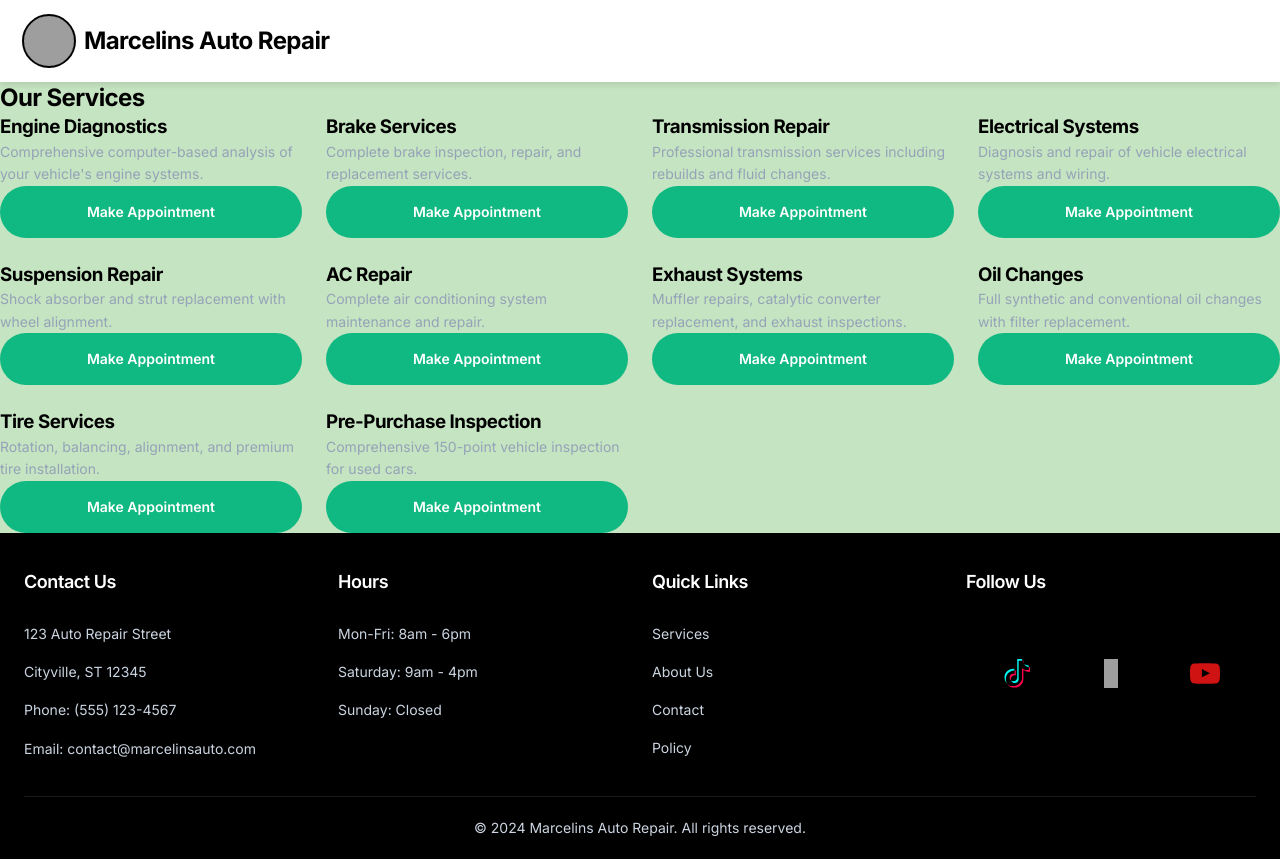
Repository: ilovegames507/twebsite-2
Page: frontend/public/service.html
An editor plug-in stored every save of this project. The page is shown before and after the next save, followed by the edit.
The browser window is 1280 px wide. The pictures show the whole page.
Pictures or frames that could not be fetched are drawn as grey boxes.

Above is the page before, as saved 2025-03-18 23:36:45.

### frontend/public/service.html
<!DOCTYPE html>
<html lang="en">
<head>
  <meta charset="UTF-8" />
  <meta name="viewport" content="width=device-width, initial-scale=1.0" />
  <link rel="preconnect" href="https://fonts.googleapis.com" />
  <link rel="preconnect" href="https://fonts.gstatic.com" crossorigin />
  <link
    href="https://fonts.googleapis.com/css2?family=Inter:ital,opsz,wght@0,14..32,100..900;1,14..32,100..900&family=Source+Code+Pro:ital,wght@0,200..900;1,200..900&display=swap"
    rel="stylesheet" />
  <link rel="stylesheet" href="styles/modern-normalize.css" />
  <link rel="stylesheet" href="styles/global.css" />
  <link rel="stylesheet" href="styles/components/header.css" />
  <link rel="stylesheet" href="styles/components/service.css" />
  <link rel="stylesheet" href="styles/components/footer.css" />
  <link rel="stylesheet" href="styles/utils.css" />
  <script type="module" src="src/main.js"></script>
  <link rel="icon" type="image/x-icon" href="/src/Images/favicon.ico">
  <title>Marcelins Auto Repair</title>
</head>
<body>
  <header class="header"></header>
  <section class="pricing">
    <div class="pricing__container">
      <h2 class="pricing__title">Our Services</h2>
      <div class="services__grid">
        <!-- Service Card 1 -->
        <div class="pricing__card">
          <h3 class="pricing__package">Engine Diagnostics</h3>
          <p class="service__description">Comprehensive computer-based analysis of your vehicle's engine systems.</p>
          <button class="service__cta">Make Appointment</button>
        </div>

        <!-- Service Card 2 -->
        <div class="pricing__card">
          <h3 class="pricing__package">Brake Services</h3>
          <p class="service__description">Complete brake inspection, repair, and replacement services.</p>
          <button class="service__cta">Make Appointment</button>
        </div>

        <!-- Service Card 3 -->
        <div class="pricing__card">
          <h3 class="pricing__package">Transmission Repair</h3>
          <p class="service__description">Professional transmission services including rebuilds and fluid changes.</p>
          <button class="service__cta">Make Appointment</button>
        </div>

        <!-- Service Card 4 -->
        <div class="pricing__card">
          <h3 class="pricing__package">Electrical Systems</h3>
          <p class="service__description">Diagnosis and repair of vehicle electrical systems and wiring.</p>
          <button class="service__cta">Make Appointment</button>
        </div>

        <!-- Service Card 5 -->
        <div class="pricing__card">
          <h3 class="pricing__package">Suspension Repair</h3>
          <p class="service__description">Shock absorber and strut replacement with wheel alignment.</p>
          <button class="service__cta">Make Appointment</button>
        </div>

        <!-- Service Card 6 -->
        <div class="pricing__card">
          <h3 class="pricing__package">AC Repair</h3>
          <p class="service__description">Complete air conditioning system maintenance and repair.</p>
          <button class="service__cta">Make Appointment</button>
        </div>

        <!-- Service Card 7 -->
        <div class="pricing__card">
          <h3 class="pricing__package">Exhaust Systems</h3>
          <p class="service__description">Muffler repairs, catalytic converter replacement, and exhaust inspections.</p>
          <button class="service__cta">Make Appointment</button>
        </div>

        <!-- Service Card 8 -->
        <div class="pricing__card">
          <h3 class="pricing__package">Oil Changes</h3>
          <p class="service__description">Full synthetic and conventional oil changes with filter replacement.</p>
          <button class="service__cta">Make Appointment</button>
        </div>

        <!-- Service Card 9 -->
        <div class="pricing__card">
          <h3 class="pricing__package">Tire Services</h3>
          <p class="service__description">Rotation, balancing, alignment, and premium tire installation.</p>
          <button class="service__cta">Make Appointment</button>
        </div>

        <!-- Service Card 10 -->
        <div class="pricing__card">
          <h3 class="pricing__package">Pre-Purchase Inspection</h3>
          <p class="service__description">Comprehensive 150-point vehicle inspection for used cars.</p>
          <button class="service__cta">Make Appointment</button>
        </div>
      </div>
    </div>
  </section>
  <footer class="footer"></footer>
</body>
</html>

### frontend/public/styles/modern-normalize.css
/*! modern-normalize v3.0.1 | MIT License | https://github.com/sindresorhus/modern-normalize */

/*
Document
========
*/

/**
Use a better box model (opinionated).
*/

*,
::before,
::after {
  box-sizing: border-box;
}

html {
  /* Improve consistency of default fonts in all browsers. (https://github.com/sindresorhus/modern-normalize/issues/3) */
  font-family: system-ui, "Segoe UI", Roboto, Helvetica, Arial, sans-serif,
    "Apple Color Emoji", "Segoe UI Emoji";
  line-height: 1.15; /* 1. Correct the line height in all browsers. */
  -webkit-text-size-adjust: 100%; /* 2. Prevent adjustments of font size after orientation changes in iOS. */
  tab-size: 4; /* 3. Use a more readable tab size (opinionated). */
}

/*
Sections
========
*/

body {
  margin: 0; /* Remove the margin in all browsers. */
}

/*
Text-level semantics
====================
*/

/**
Add the correct font weight in Chrome and Safari.
*/

b,
strong {
  font-weight: bolder;
}

/**
1. Improve consistency of default fonts in all browsers. (https://github.com/sindresorhus/modern-normalize/issues/3)
2. Correct the odd 'em' font sizing in all browsers.
*/

code,
kbd,
samp,
pre {
  font-family: ui-monospace, SFMono-Regular, Consolas, "Liberation Mono", Menlo,
    monospace; /* 1 */
  font-size: 1em; /* 2 */
}

/**
Add the correct font size in all browsers.
*/

small {
  font-size: 80%;
}

/**
Prevent 'sub' and 'sup' elements from affecting the line height in all browsers.
*/

sub,
sup {
  font-size: 75%;
  line-height: 0;
  position: relative;
  vertical-align: baseline;
}

sub {
  bottom: -0.25em;
}

sup {
  top: -0.5em;
}

/*
Tabular data
============
*/

/**
Correct table border color inheritance in Chrome and Safari. (https://issues.chromium.org/issues/40615503, https://bugs.webkit.org/show_bug.cgi?id=195016)
*/

table {
  border-color: currentcolor;
}

/*
Forms
=====
*/

/**
1. Change the font styles in all browsers.
2. Remove the margin in Firefox and Safari.
*/

button,
input,
optgroup,
select,
textarea {
  font-family: inherit; /* 1 */
  font-size: 100%; /* 1 */
  line-height: 1.15; /* 1 */
  margin: 0; /* 2 */
}

/**
Correct the inability to style clickable types in iOS and Safari.
*/

button,
[type="button"],
[type="reset"],
[type="submit"] {
  appearance: button;
  -webkit-appearance: button;
}

/**
Remove the padding so developers are not caught out when they zero out 'fieldset' elements in all browsers.
*/

legend {
  padding: 0;
}

/**
Add the correct vertical alignment in Chrome and Firefox.
*/

progress {
  vertical-align: baseline;
}

/**
Correct the cursor style of increment and decrement buttons in Safari.
*/

::-webkit-inner-spin-button,
::-webkit-outer-spin-button {
  height: auto;
}

/**
1. Correct the odd appearance in Chrome and Safari.
2. Correct the outline style in Safari.
*/

[type="search"] {
  appearance: textfield;
  -webkit-appearance: textfield; /* 1 */
  outline-offset: -2px; /* 2 */
}

/**
Remove the inner padding in Chrome and Safari on macOS.
*/

::-webkit-search-decoration {
  -webkit-appearance: none;
}

/**
1. Correct the inability to style clickable types in iOS and Safari.
2. Change font properties to 'inherit' in Safari.
*/

::-webkit-file-upload-button {
  -webkit-appearance: button; /* 1 */
  font: inherit; /* 2 */
}

/*
Interactive
===========
*/

/*
Add the correct display in Chrome and Safari.
*/

summary {
  display: list-item;
}

### frontend/public/styles/global.css
:root {
  /* fonts */
  --font-primary: 'Inter', sans-serif;
  --font-secondary: 'Source Code Pro', monospace;

  /* colors */
  --clr-dark: #000000;
  --clr-gray: #2b2b2b;
  --clr-light: #c5e4c1;
  --clr-white: rgb(255, 255, 255);
  --clr-green: #10b981;
  --clr-green-hvr: #10996b;

  --clr-slate50: #f8fafc;
  --clr-slate100: #f1f5f9;
  --clr-slate300: #cbd5e1;
  --clr-text: #94a3b8;
  --clr-slate800: #1e293b;
  --clr-bg: #0a101f;

  --clr-muted: #4a5566;

  /* shadow */
  --shadow: 0 4px 6px -1px rgba(0, 0, 0, 0.1);

  /* transtion */
  --transition: all 0.3s cubic-bezier(0.4, 0, 0.2, 1);

  /* sizes */
  --size-xxs: 0.5rem;
  --size-xs: 0.75rem;
  --size-sm: 0.875rem;
  --size-base: 1rem;
  --size-lg: 1.125rem;
  --size-xl: 1.25rem;
  --size-2xl: 1.5rem;
  --size-3xl: 1.875rem;
  --size-4xl: 2.25rem;
  --size-5xl: 3rem;
  --size-6xl: 3.75rem;
  --size-7xl: 4.5rem;
  --size-8xl: 6rem;
  --size-9xl: 8rem;
  --size-10xl: 10rem;
}

* {
  margin: 0;
  padding: 0;
  line-height: calc(1em + 0.5rem);
  animation: fadeIn 0.5s cubic-bezier(0.4, 0, 0.2, 1) both;
  animation-delay: 0.01s;
}

body {
  font-family: var(--font-primary);
  background-color: var(--clr-light);
  color: var(--clr-dark);
}

img,
picture,
video,
canvas,
svg {
  display: block;
  max-width: 100%;
}

input,
button,
textarea,
select {
  font: inherit;
}

button {
  border: none;
  background: none;
  color: inherit;
  cursor: pointer;
}

h1,
h2,
h3,
h4,
h5,
h6 {
  letter-spacing: -0.025em;
}

p {
  color: var(--clr-text);
}

a {
  color: var(--clr-slate50);
}

strong {
  color: #ff0000;
  font-weight: 800;
}

button:focus-visible,
a:focus-visible {
  outline: solid var(--clr-light);
}

body::-webkit-scrollbar {
  width: 5px;
}

body::-webkit-scrollbar-track {
  background: #dbdbdb;
  box-shadow: inset 0 0 6 px rgba(0, 0, 0, 0);
}

body::-webkit-scrollbar-thumb {
  background: #bebebe;
  border-radius: 1000px;
}

body::-webkit-scrollbar-thumb:hover {
  background: #555;
}

@keyframes fadeIn {
  from {
    opacity: 0;
    transform: translateY(-20px);
  }

  to {
    opacity: 1;
    transform: translateY(0);
  }
}

h1,
h2,
h3,
h4,
h5,
h6 {
  animation-delay: 0.3s;
}

p,
a,
button {
  animation-delay: 0.4s;
}

img {
  animation-delay: 0.5s;
}

### frontend/public/styles/components/header.css
.header {
  position: sticky;
  top: 0;
  background: var(--clr-white);
  backdrop-filter: blur(8px);
  z-index: 9999;
  box-shadow: var(--shadow);
}

.header__container {
  display: flex;
  justify-content: space-between;
  align-items: center;
  padding: 1rem 1.5rem;
  max-width: 1440px;
  margin: 0 auto;
}

.header__title-container{
  display: flex;
  flex-direction: row;
  gap: 10px;
}

.header__title {
  color: var(--clr-dark);
  font-family: var(--font-primary);
  font-size: var(--size-2xl);
  font-weight: 700;
  letter-spacing: -0.025em;
  text-decoration: none;
  transition: var(--transition);
  display: inline-flex;
  align-items: center;
  gap: 1rem;
}

.header__title-text {
  transition: var(--transition);
}

.header__logo {
  background-image: linear-gradient(rgba(0, 0, 0, 0.5), rgba(0, 0, 0, 0.5)),
    url('https://placehold.co/1920x1080');
  max-width: 50px;
  max-height: 50px;
  height: auto;
  cursor: pointer;
  outline: 2px solid var(--clr-dark);
  transition: var(--transition);
  border-radius: 50%;
}

.header__nav {
  display: flex;
  gap: 2rem;
  align-items: center;
}

.header__link {
  color: var(--clr-dark);
  font-family: var(--font-primary);
  font-size: 0.875rem;
  font-weight: 500;
  text-decoration: none;
  transition: var(--transition);
  padding: 0.5rem 1rem;
  border-radius: 0.375rem;
}

.header__link:hover {
  background: rgba(255, 255, 255, 0.1);
}

.header__btn {
  background: var(--clr-accent);
  color: var(--clr-white);
  background: var(--clr-dark);
  padding: 0.5rem 1.25rem;
  border-radius: 0.375rem;
  font-weight: 600;
  transition: var(--transition);
}

.header__btn:hover {
  background: var(--clr-gray);
}

.header__bars {
  display: none;
  color: var(--clr-light);
  background: none;
  padding: 0.5rem;
  border-radius: 0.375rem;
}

@media (max-width: 825px) {
  .header__nav {
    display: none;
  }

  .header__bars {
    display: block;
  }

  .header__title-text {
    display: block;
  }

  .header__logo {
    display: none;
  }

  .header--mobile-open .header__nav {
    display: flex;
    flex-direction: column;
    position: absolute;
    background: var(--clr-white);
    top: 100%;
    left: 0;
    right: 0;
    padding: 1rem;
    gap: 0.5rem;
  }

  .header--mobile-open .header__logo {
    display: block;
    max-width: 50px;
  }

  .header--mobile-open .header__link {
    width: 100%;
    text-align: center;
    padding: 0.75rem;
  }

  .header--mobile-open .header__btn-container {
    display: flex;
    flex-direction: column;
    gap: 0.5rem;
    margin-top: 1rem;
  }
}

@media (max-width: 768px) {
  .header__title {
    font-size: var(--size-base);
  }

  .header__logo {
    display: block;
    max-width: 60px;
  }
}

@media (max-width: 480px) {
  .header__logo {
    max-width: 50px;
  }

  .header__container {
    padding: 0.75rem 1rem;
  }
}

### frontend/public/styles/components/service.css
/* Services Section */
.services {
    padding: var(--size-8xl) 0;
    background-color: var(--clr-light);
  }

  .services__container {
    max-width: 1200px;
    margin: 0 auto;
    padding: 0 var(--size-2xl);
  }

  .services__title {
    font-size: var(--size-4xl);
    text-align: center;
    margin-bottom: var(--size-5xl);
    color: var(--clr-dark);
  }

  .services__grid {
    display: grid;
    grid-template-columns: repeat(auto-fit, minmax(300px, 1fr));
    gap: var(--size-2xl);
  }

  .service__card {
    background: var(--clr-white);
    border-radius: 12px;
    padding: var(--size-2xl);
    box-shadow: var(--shadow);
    transition: var(--transition);
    display: flex;
    flex-direction: column;
    gap: var(--size-base);
  }

  .service__card:hover {
    transform: translateY(-5px);
  }

  .service__package {
    font-size: var(--size-xl);
    color: var(--clr-dark);
    margin-bottom: var(--size-xs);
  }

  .service__description {
    color: var(--clr-text);
    font-size: var(--size-sm);
    line-height: 1.6;
    flex-grow: 1;
  }

  .service__cta {
    background-color: var(--clr-green);
    color: var(--clr-white);
    padding: var(--size-sm) var(--size-base);
    border-radius: 50px;
    font-weight: 600;
    transition: var(--transition);
    width: 100%;
    font-size: var(--size-sm);
    text-align: center;
    text-decoration: none;
    display: block;
  }

  .service__cta:hover {
    background-color: var(--clr-green-hvr);
    transform: translateY(-2px);
    box-shadow: var(--shadow);
  }

  @media (max-width: 768px) {
    .services__grid {
      grid-template-columns: 1fr;
    }

    .services__title {
      font-size: var(--size-3xl);
    }

    .service__package {
      font-size: var(--size-lg);
    }
  }

### frontend/public/styles/components/footer.css
html {
    height: 100%;
}

body {
    min-height: 100vh;
    display: flex;
    flex-direction: column;
}

main {
    flex: 1 0 auto;
    width: 100%;
}

.footer {
    background-color: var(--clr-dark);
    color: var(--clr-white);
    padding: var(--size-4xl) 0 0;
    margin-top: auto;
}

.footer__container {
    max-width: 1440px;
    margin: 0 auto;
    padding: 0 var(--size-2xl);
}

.footer__content {
    display: grid;
    grid-template-columns: repeat(auto-fit, minmax(250px, 1fr));
    gap: var(--size-2xl);
    padding-bottom: var(--size-4xl);
}

.footer__section {
    display: flex;
    flex-direction: column;
    gap: var(--size-base);
}

.footer__heading {
    font-size: var(--size-lg);
    font-weight: 600;
    margin-bottom: var(--size-xs);
    color: var(--clr-white);
}

.footer__text {
    font-size: var(--size-sm);
    color: var(--clr-slate300);
    line-height: 1.6;
}

.footer__link {
    color: var(--clr-slate300);
    text-decoration: none;
    font-size: var(--size-sm);
    transition: var(--transition);
}

.footer__link:hover {
    color: var(--clr-light);
    transform: translateX(4px);
}

.footer__socials {
    display: flex;
}

.footer__social-link {
    color: var(--clr-slate300);
    transition: var(--transition);
    padding: var(--size-4xl);
    display: flex;
}

.footer__social-link:hover {
    color: var(--clr-light);
    transform: translateY(-2px);
}

.footer__bottom {
    border-top: 1px solid rgba(255, 255, 255, 0.1);
    padding: var(--size-xl) 0;
    text-align: center;
}

.footer__copy {
    font-size: var(--size-sm);
    color: var(--clr-slate300);
    margin: 0;
}

@media (max-width: 768px) {
    .footer__content {
        grid-template-columns: 1fr;
        text-align: center;
    }

    .footer__section {
        align-items: center;
    }

    .footer__link:hover {
        transform: none;
    }
}

### frontend/public/styles/utils.css
/* xs */
/* @media (min-width: 475px) {} */

/* sm */
/* @media (min-width: 640px) {} */

/* md */
/* @media (min-width: 768px) {} */

/* lg */
/* @media (min-width: 1024px) {} */

/* xl */
/* @media (min-width: 1280px) {} */

/* 2xl */
/* @media (min-width: 1536px) {} */

.container {
    width: 100%;
    margin-inline: auto;
    padding-inline: 0.5rem;
  }

  .btn {
    display: inline-block;
    background-color: rgb(255, 255, 255);
    color: var(--clr-dark);
    padding: 0.5em 1em;
    font-weight: 500;
    border-radius: 6px;
    line-height: 1.75rem;
    text-decoration: none;
    transition: 0.2s ease-in-out;
  }

  .btn:hover {
    transform: translateY(2px);
    background-color: rgb(168, 168, 168);
  }

  btn:focus-visible {
    outline: solid var(--clr-text);
  }

  .section {
    margin-top: 5rem;
  }

  .title {
    text-transform: uppercase;
    margin-bottom: 1rem;
    font-family: var(--font-secondary);
    color: var(--clr-text);
    font-size: var(--size-base);
  }

  /* xs */
  @media (min-width: 475px) {
    .container {
      max-width: 475px;
    }
  }

  /* sm */
  @media (min-width: 640px) {
    .container {
      max-width: 640px;
    }

    .title {
      font-size: var(--size-sm);
    }
  }

  /* md */
  @media (min-width: 768px) {
    .container {
      max-width: 768px;
    }
  }

  /* lg */
  @media (min-width: 1024px) {
    .container {
      max-width: 1024px;
    }

    .section {
      margin-top: 10rem;
    }

    .title {
      font-size: var(--size-base);
    }
  }

  /* xl */
  @media (min-width: 1280px) {
    .container {
      max-width: 1280px;
    }
  }

  /* 2xl */
  @media (min-width: 1536px) {
    .container {
      max-width: 1536px;
    }
  }

### frontend/public/src/main.js
import header_import from "./utils/header.js";
import footer_import from "./utils/footer.js";

header_import();
footer_import();

Loaded but not shown: frontend/public/src/utils/footer.js (56 lines, source omitted); frontend/public/src/utils/header.js (40 lines, source omitted)

After the next save:
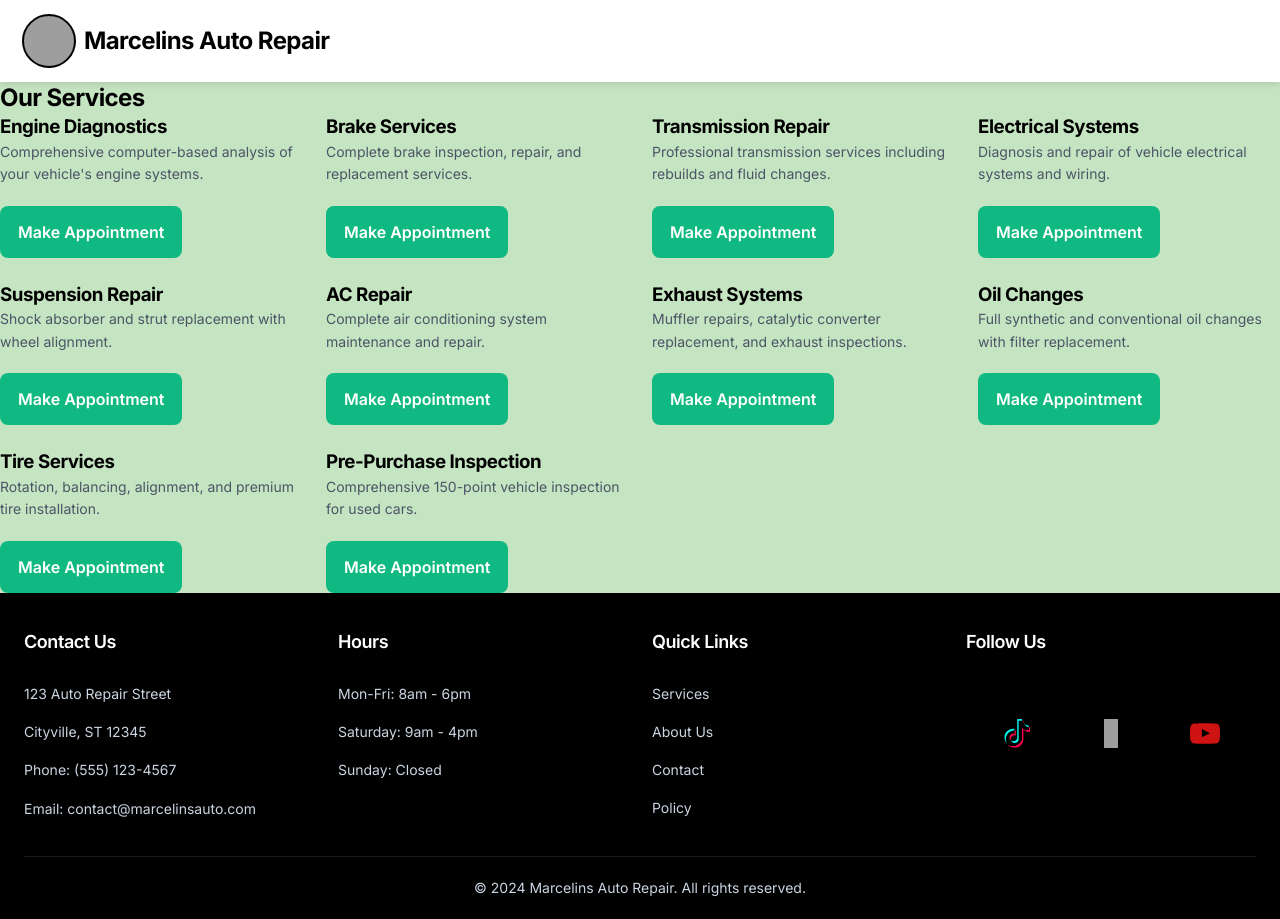
Saved 7 min 44 s later.
--- a/frontend/public/styles/components/service.css
+++ b/frontend/public/styles/components/service.css
@@ -1,86 +1,148 @@
-/* Services Section */
+/* Services Section - Mobile-First Modern */
 .services {
-    padding: var(--size-8xl) 0;
-    background-color: var(--clr-light);
+    padding: var(--size-5xl) var(--size-base);
+    background: var(--clr-light);
   }
 
   .services__container {
     max-width: 1200px;
     margin: 0 auto;
-    padding: 0 var(--size-2xl);
   }
 
   .services__title {
     font-size: var(--size-4xl);
     text-align: center;
-    margin-bottom: var(--size-5xl);
+    margin-bottom: var(--size-4xl);
     color: var(--clr-dark);
+    line-height: 1.2;
+    letter-spacing: -0.05em;
   }
 
   .services__grid {
     display: grid;
-    grid-template-columns: repeat(auto-fit, minmax(300px, 1fr));
-    gap: var(--size-2xl);
+    grid-template-columns: 1fr;
+    gap: var(--size-xl);
+    padding: 0 var(--size-base);
   }
 
   .service__card {
     background: var(--clr-white);
-    border-radius: 12px;
-    padding: var(--size-2xl);
-    box-shadow: var(--shadow);
+    border-radius: 16px;
+    padding: var(--size-xl);
     transition: var(--transition);
-    display: flex;
-    flex-direction: column;
-    gap: var(--size-base);
+    border: 1px solid var(--clr-slate300);
+    position: relative;
+    overflow: hidden;
+  }
+
+  .service__card::before {
+    content: '';
+    position: absolute;
+    top: 0;
+    left: 0;
+    width: 4px;
+    height: 100%;
+    background: var(--clr-green);
+    transform: scaleY(0);
+    transition: var(--transition);
+  }
+
+  .service__card:hover::before {
+    transform: scaleY(1);
   }
 
   .service__card:hover {
-    transform: translateY(-5px);
+    transform: translateY(-4px);
+    box-shadow: 0 8px 24px rgba(0, 0, 0, 0.08);
   }
 
   .service__package {
-    font-size: var(--size-xl);
+    font-size: var(--size-lg);
     color: var(--clr-dark);
-    margin-bottom: var(--size-xs);
+    margin-bottom: var(--size-sm);
+    font-weight: 700;
+    position: relative;
   }
 
   .service__description {
-    color: var(--clr-text);
+    color: var(--clr-muted);
     font-size: var(--size-sm);
     line-height: 1.6;
-    flex-grow: 1;
+    margin-bottom: var(--size-xl);
   }
 
   .service__cta {
-    background-color: var(--clr-green);
+    background: var(--clr-green);
     color: var(--clr-white);
-    padding: var(--size-sm) var(--size-base);
-    border-radius: 50px;
+    padding: var(--size-sm) var(--size-lg);
+    border-radius: 8px;
     font-weight: 600;
+    width: fit-content;
+    display: flex;
+    align-items: center;
+    gap: var(--size-xs);
     transition: var(--transition);
-    width: 100%;
-    font-size: var(--size-sm);
-    text-align: center;
-    text-decoration: none;
-    display: block;
+  }
+
+  .service__cta svg {
+    width: var(--size-base);
+    height: var(--size-base);
+    transition: transform 0.3s ease;
   }
 
   .service__cta:hover {
-    background-color: var(--clr-green-hvr);
-    transform: translateY(-2px);
-    box-shadow: var(--shadow);
+    background: var(--clr-green-hvr);
+    gap: var(--size-sm);
   }
 
-  @media (max-width: 768px) {
+  .service__cta:hover svg {
+    transform: translateX(2px);
+  }
+
+  /* Tablet+ */
+  @media (min-width: 768px) {
     .services__grid {
-      grid-template-columns: 1fr;
+      grid-template-columns: repeat(2, 1fr);
+      gap: var(--size-2xl);
+      padding: 0;
     }
 
     .services__title {
-      font-size: var(--size-3xl);
+      font-size: var(--size-5xl);
+      margin-bottom: var(--size-6xl);
+    }
+  }
+
+  /* Desktop */
+  @media (min-width: 1024px) {
+    .services__grid {
+      grid-template-columns: repeat(3, 1fr);
+    }
+  }
+
+  /* XL Desktop */
+  @media (min-width: 1280px) {
+    .services__grid {
+      grid-template-columns: repeat(4, 1fr);
+    }
+  }
+
+  /* Mobile Enhancements */
+  @media (max-width: 480px) {
+    .service__card {
+      padding: var(--size-lg);
     }
 
     .service__package {
-      font-size: var(--size-lg);
+      font-size: var(--size-base);
+    }
+
+    .service__description {
+      font-size: var(--size-xs);
+    }
+
+    .service__cta {
+      width: 100%;
+      justify-content: center;
     }
   }
